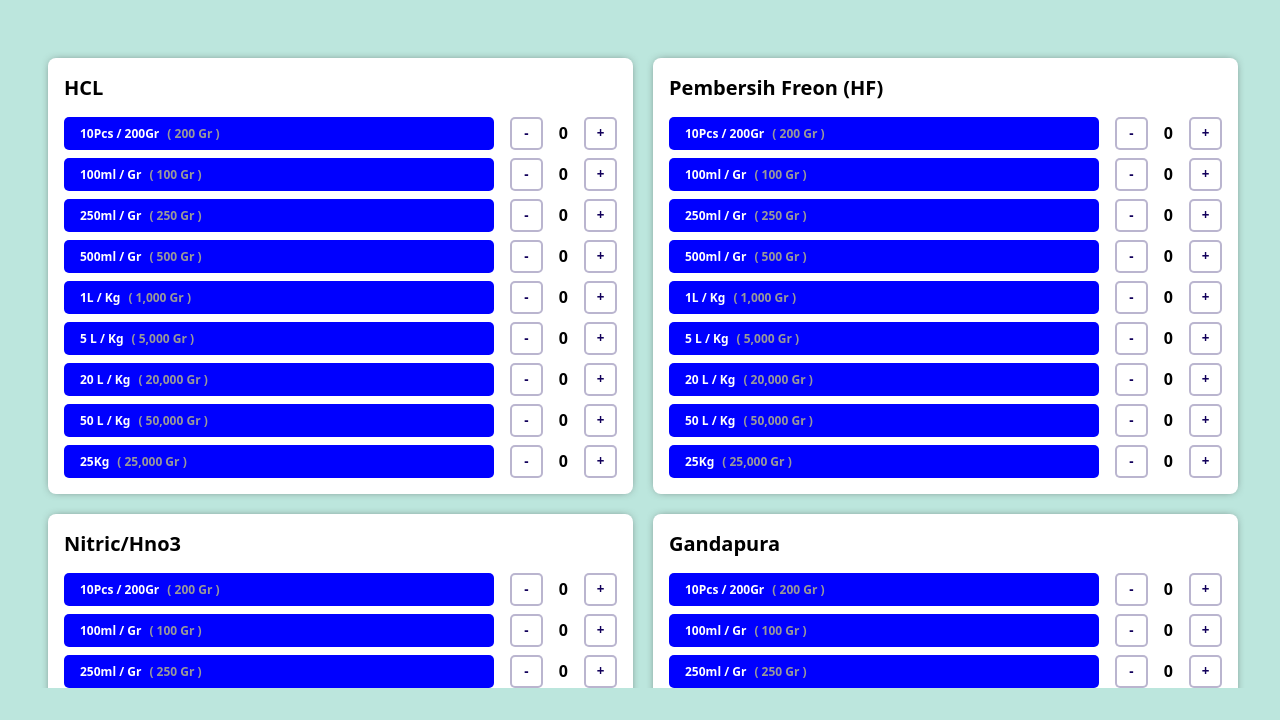
Repository: zuraniumlab-design/upstock-amsk
Page: /
These files come from the project's save history. The page is drawn as it stood at one moment and after the next save; the edit follows.
The browser window is 1280 px wide. The pictures show the whole page.
An inner scrolling area shows only its first screen. The project was rebuilt for these pictures with package versions that can differ from the ones it lists, and the page was loaded fresh each time. Also part of the build but not shown: vite.config.js.

Above is the page before, as saved 2026-06-18 17:10:04.

### index.html
<!doctype html>
<html lang="en">
  <head>
    <meta charset="UTF-8" />
    <link rel="icon" type="image/svg+xml" href="/favicon.svg" />
    <meta name="viewport" content="width=device-width, initial-scale=1.0" />
    <meta name="author" content="muhammad hakim ilahi">
    <title>UpStock</title>
  </head>
  <body>
    <div id="root"></div>
    <script type="module" src="/src/main.jsx"></script>
  </body>
</html>

### src/main.jsx
import { StrictMode } from 'react'
import { createRoot } from 'react-dom/client'
import './index.css'
import App from './App.jsx'
import { RouterProvider } from 'react-router-dom'
import router from './router.jsx'

createRoot(document.getElementById('root')).render(
  <RouterProvider router={router}></RouterProvider>
)

### src/index.css
* {
  box-sizing: border-box;
  font-family: system-ui, -apple-system, BlinkMacSystemFont, 'Segoe UI', Roboto, Oxygen, Ubuntu, Cantarell, 'Open Sans', 'Helvetica Neue', sans-serif;
}

body {
  margin: 0;
}

div {
  display: flex;
}

### src/router.jsx
import { createBrowserRouter } from "react-router-dom";
import App from "./App";


const router = createBrowserRouter([
  {
    element: <App />,
    path: '/'
  }
])

export default router

### src/App.module.css
.container {
  background-color: #bce6dd;
  height: 100vh;
  width: 100vw;
  padding: 2rem;
}

/*? SIDEBAR START */
.sidebar {

}
/*? SIDEBAR END */

.content {
  height: calc(100vh - 4rem);
  width: 100%;
  overflow: hidden;
  position: relative;
  flex-direction: column;
}

.head {
  height: 10px;
}

.items {
  height: 100%;
  width: calc(100vw - 4rem);
  padding: 1rem;
  padding-right: 10px;
  overflow-y: auto;
  overflow-x: hidden;
  gap: 20px;
  flex-wrap: wrap;
}
.item {
  background-color: #fff;
  padding: 1rem;
  border-radius: 8px;
  width: fit-content;
  min-width: 30vw;
  flex-direction: column;
  justify-content: space-between;
  flex: 1;
  gap: 1rem;
  box-shadow: 0 0 10px -4px #333;
}

.product {
  font-size: 20px;
  font-weight: bold;
}

.weights {
  justify-content: space-between;
  gap: 0.5rem;
  flex-direction: column;
  flex: 1;
}

.weight {
  gap: 1rem;
}

.display {
  flex: 1;
  background-color: blue;
  border-radius: 5px;
  color: white;
  font-weight: bold;
  font-size: 12px;
  align-items: center;
  padding: 0.5rem 1rem;
}
.display span {
  margin-left: 0.5rem;
  color: #999;
}

.stock {
  align-items: center;
  justify-content: center;
  gap: 1rem;
}
.stock > * {
  font-weight: bold;
}
.stock button {
  background-color: #fff;
  border: 2px solid #12005b4a;
  height: 100%;
  aspect-ratio: 1 / 1;
  border-radius: 5px;
  display: flex;
  align-items: center;
  justify-content: center;
  color: #12005b;
  cursor: pointer;
}

Loaded but not shown: src/App.jsx (1545 lines, source omitted)

After the next save:
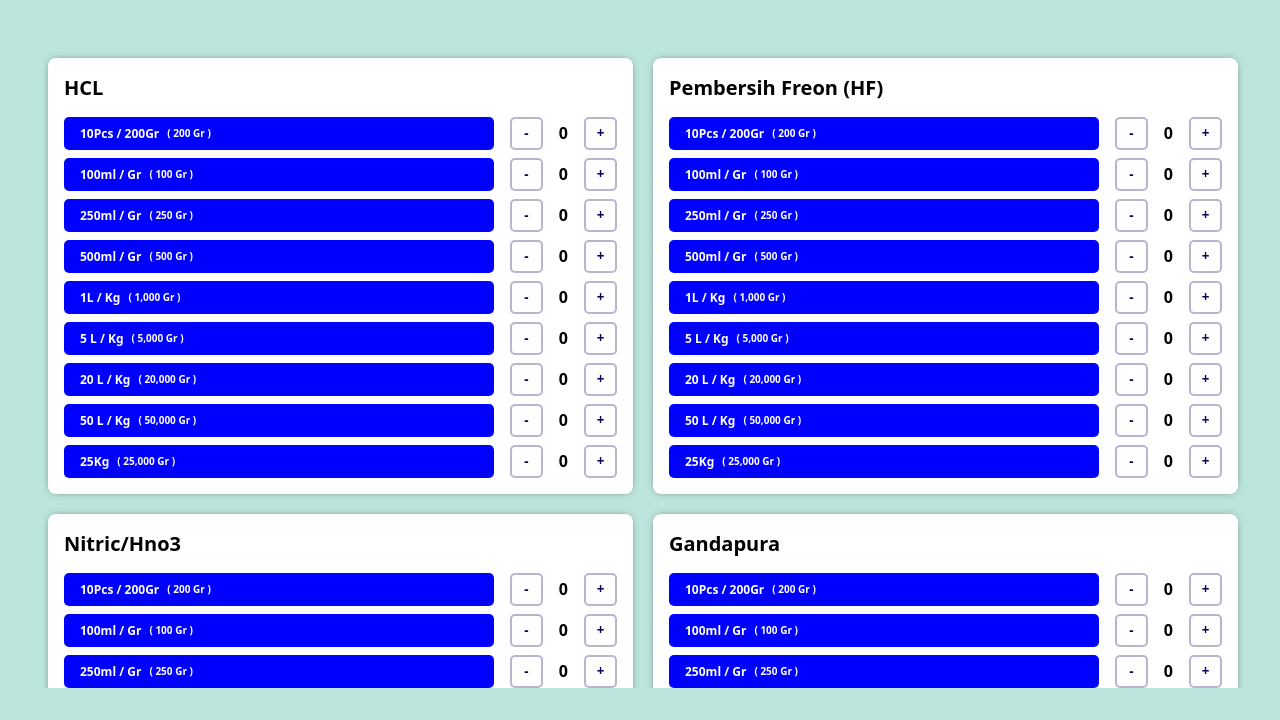
Saved 22 s later.
--- a/src/App.module.css
+++ b/src/App.module.css
@@ -74,7 +74,7 @@
 }
 .display span {
   margin-left: 0.5rem;
-  color: #999;
+  font-size: 10px;
 }
 
 .stock {
